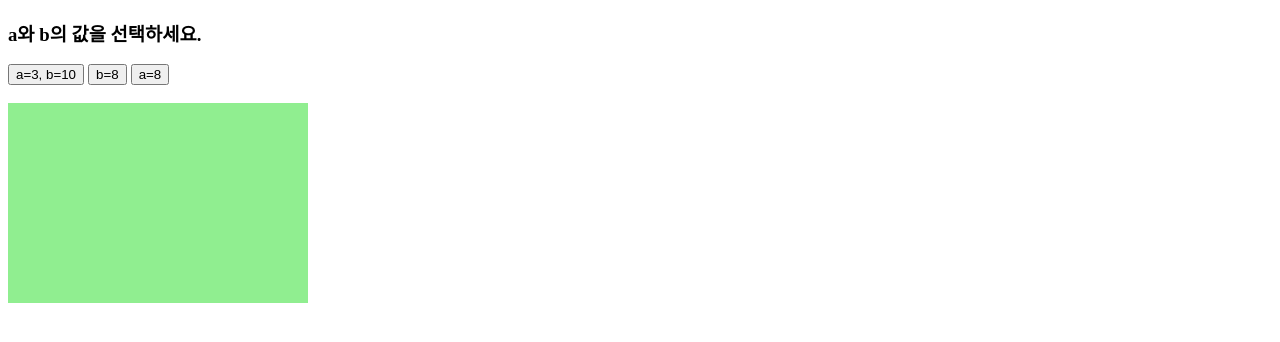
Repository: song-bean/Web_song
Page: 03_JavaScript/src/main/webapp/01_basic/Ex07.html
The author's editor kept a copy of each file at every save. The page is drawn from the files as they stood at one save, then again after the next save.
The browser window is 1280 px wide. The pictures show the whole page.

Above is the page before, as saved 2023-02-24 05:44:01.

After the next save:
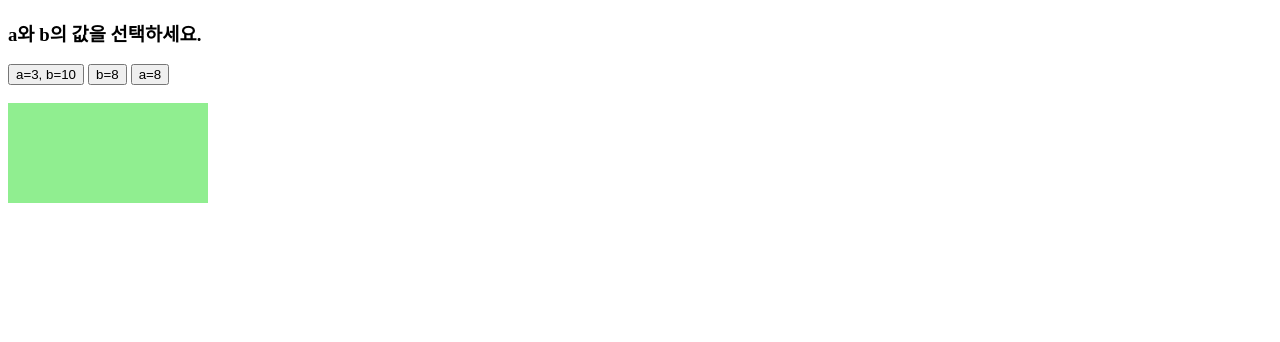
Saved 4 s later.
--- a/03_JavaScript/src/main/webapp/01_basic/Ex07.html
+++ b/03_JavaScript/src/main/webapp/01_basic/Ex07.html
@@ -5,8 +5,8 @@
 <title>Ex07</title>
 <style type="text/css">
 	#result{
-		width : 300px;
-		height : 200px;
+		width : 200px;
+		height : 100px;
 		background-color: lightgreen;
 	}
 </style>
